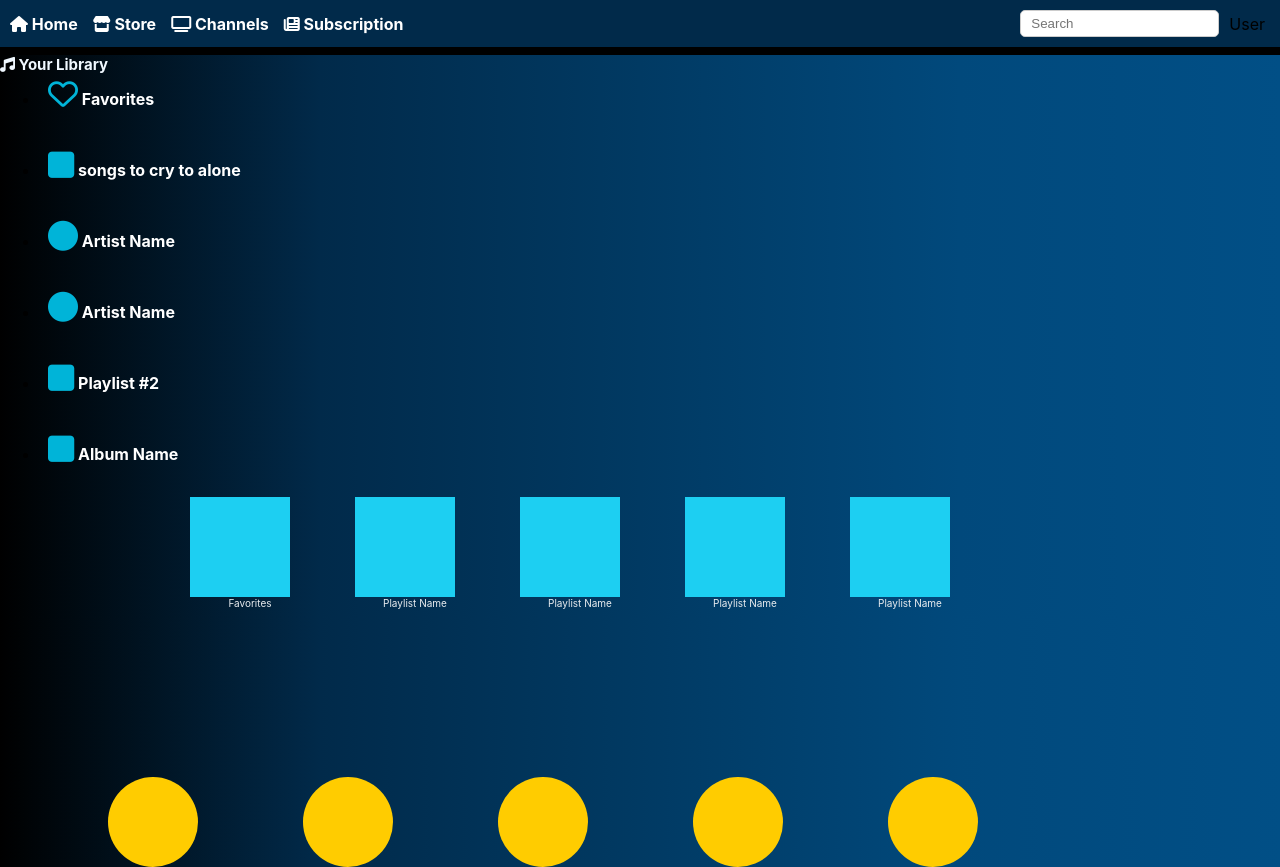
Repository: gordonnrat/group-2-project
Page: / (app in source-code/)
An editor plug-in stored every save of this project. The page is shown before and after the next save, followed by the edit.
The browser window is 1280 px wide. The pictures show the whole page.
The project was rebuilt for these pictures with package versions that can differ from the ones it lists, and the page was loaded fresh each time. Also part of the build but not shown: source-code/src/App.css, source-code/src/App.js, source-code/src/components/pages/Login.js.

Above is the page before, as saved 2023-07-29 21:30:43.

### source-code/src/index.js
import React from 'react';
import ReactDOM from 'react-dom';
import './index.css';
import reportWebVitals from './reportWebVitals';
import {
  BrowserRouter as Router,
  Routes,
  Route,
  Link
} from "react-router-dom";

import App from './App';
import Home from './components/pages/Home';
import Login from './components/pages/Login';

ReactDOM.render(
  <React.StrictMode>
    <Router>
      <Routes>
        <Route path="/" element={<Home />} />
        <Route path="/login" element={<Login />} />
        {/* Add more routes here */}
        <Route path="/group-2-project" element={<Link to="/" />} />
      </Routes>
    </Router>
  </React.StrictMode>,
  document.getElementById('root')
);

// If you want to start measuring performance in your app, pass a function
// to log results (for example: reportWebVitals(console.log))
// or send to an analytics endpoint. Learn more: https://bit.ly/CRA-vitals
reportWebVitals();

### source-code/src/index.css
body {
  margin: 0;
  font-family: -apple-system, BlinkMacSystemFont, 'Segoe UI', 'Roboto', 'Oxygen',
    'Ubuntu', 'Cantarell', 'Fira Sans', 'Droid Sans', 'Helvetica Neue',
    sans-serif;
  -webkit-font-smoothing: antialiased;
  -moz-osx-font-smoothing: grayscale;
}

code {
  font-family: source-code-pro, Menlo, Monaco, Consolas, 'Courier New',
    monospace;
}

body {
  background: linear-gradient(0.25turn,black,#012A4A, #013A63, #01497C,#014F86);


}

### source-code/src/components/pages/Home.js
// Home.js

import React from "react";
import { Link } from "react-router-dom";
import Navbar from "../Navbar";
import "./js.css";

function Home() {
  return (
    <div>
      <Navbar />
      <h1 className="top-heading">
        <i className="fas fa-music"></i> Your Library
      </h1>
      <div className="main-container">
        <div className="squares-container">
          {/* Square 1 */}
          <Link to="/favorites">
            <div className="square-container">
              <div className="text">Favorites</div>
              <div className="square square-red"></div>
            </div>
          </Link>

          {/* Square 2 */}
          <Link to="/Playlist">
            <div className="square-container">
              <div className="text">Playlist Name</div>
              <div className="square square-blue"></div>
            </div>
          </Link>

          {/* Square 3 */}
          <Link to="/Playlist">
            <div className="square-container">
              <div className="text">Playlist Name</div>
              <div className="square square-green"></div>
            </div>
          </Link>

          {/* Square 4 */}
          <Link to="/Playlist">
            <div className="square-container">
              <div className="text">Playlist Name</div>
              <div className="square square-orange"></div>
            </div>
          </Link>

          {/* Square 5 */}
          <Link to="/Playlist">
            <div className="square-container">
              <div className="text">Playlist Name</div>
              <div className="square square-purple"></div>
            </div>
          </Link>
        </div>

        <div className="circles-container">
          {/* Circle 1 */}
          <Link to="/Playlist">
            <div className="circle-container">
              <div className="circle"></div>
            </div>
          </Link>

          {/* Circle 2 */}
          <Link to="/Playlist">
            <div className="circle-container">
              <div className="circle"></div>
            </div>
          </Link>

          {/* Circle 3 */}
          <Link to="/Playlist">
            <div className="circle-container">
              <div className="circle"></div>
            </div>
          </Link>

          {/* Circle 4 */}
          <Link to="/Playlist">
            <div className="circle-container">
              <div className="circle"></div>
            </div>
          </Link>

          {/* Circle 5 */}
          <Link to="/Playlist">
            <div className="circle-container">
              <div className="circle"></div>
            </div>
          </Link>
        </div>
      </div>
    </div>
  );
}

export default Home;

### source-code/src/components/Navbar.js
import React from "react";
import { Link } from "react-router-dom";
import "./Navbar.css";
import "@fortawesome/fontawesome-free/css/all.min.css";

function Navbar() {
  return (
    <div>
      {/* Main Navbar */}
      <nav className="navbar">
        <ul className="left-nav">
          <li>
            <Link to="/">
              <i className="fas fa-home"></i> Home
            </Link>
          </li>
          <li>
            <Link to="/Store">
              <i className="fas fa-store"></i> Store
            </Link>
          </li>
          <li>
            <Link to="/Channels">
              <i className="fas fa-tv"></i> Channels
            </Link>
          </li>
          <li>
            <Link to="/Subscription">
              <i className="fas fa-newspaper"></i> Subscription
            </Link>
          </li>
        </ul>
        <div className="right-nav">
          <input type="text" placeholder="Search" />
          <div className="user-section">
            {/* Your user-related elements can go here */}
            <span>User</span>
          </div>
        </div>
      </nav>

      {/* Sidebar */}
      <aside className="sidebar">
        {/* Your sidebar content can go here */}
        <ul>
          <li>
            <Link to="/Favorites">
              <i className="far fa-heart"></i> Favorites
            </Link>
          </li>
          <li>
            <Link to="/songs to cry to alone">
              <i className="fas fa-square"></i> songs to cry to alone

            </Link>
          </li>
          {/* Add more sidebar items as needed */}

          <li>
          <Link to="/Artist Name">
              <i className="fas fa-circle"></i> Artist Name
            </Link>
            </li>


            <li>
            <Link to="/Artist Name">
              <i className="fas fa-circle"></i> Artist Name
            </Link>
            </li>

            <li>
            <Link to="/Playlist">
              <i className="fas fa-square"></i> Playlist #2
            </Link>
            </li>
            <li>
            <Link to="/Album Name">
              <i className="fas fa-square"></i> Album Name
            </Link>
            </li>













        </ul>
      </aside>
    </div>
  );
}

export default Navbar;

### source-code/src/components/pages/js.css
/* js.css */

.main-container {
  display: flex;
  flex-direction: column;
  align-items: center;
  justify-content: center;
  margin-top: 20px;
}

.squares-container {
  display: flex;
  justify-content: space-between;
  max-width: 800px;
  margin: 0 auto;
}

.square-container {
  margin-right: 65px;
  position: relative;
}

.text {
  position: absolute;
  top: 100px;
  left: 10%;
  font-size: 10px;
  color: rgb(234, 237, 240);
  transform: translateX(-50%);
}

.square {
  width: 100px;
  height: 100px;
  background-color: rgb(29, 207, 242);
  top: 300px;
  left: 30%;
  transform: translateX(-50%);
}

.top-heading {
  position: absolute;
  top: 45px;
  left: 0;
  font-size: 15px;
  color: aliceblue;
}

/* Add styles for the circles */

.circles-container {
  display: flex;
  justify-content: center;
  align-items: flex-start;
  margin-top: 20px;
}

.circle-container {
  margin-right: 195px;
  position: relative;
}

.circle {
  width: 90px;
  height: 90px;
  border-radius: 50%;
  background-color: #ffcc00; /* You can set the color for the circles */
  position: absolute;
  top: 160px; /* Adjust the vertical position of the circles below the squares */
  left: 30%; /* Horizontally center the circles */
  transform: translateX(-50%);
}

### source-code/src/components/Navbar.css

/* Navbar.css */

/* Navbar.css */

.navbar {
    background-color: #012A4A;
    padding: 10px;
    display: flex;
    justify-content: space-between;
    align-items: center;

    /* Add border line to the bottom of the navigation bar */
    border-bottom: 8px solid black; /* Replace #fff with your desired border color */
}



.left-nav {
    list-style-type: none;
    margin: 0;
    padding: 0;
    display: flex;
    align-items: center;
}

.left-nav li {
    margin-right: 15px;
}

.left-nav li:last-child {
    margin-right: 0;
}

.left-nav li a {
    text-decoration: none;
    color:white;

    font-size: 16px;
    font-weight: bold;
}

.left-nav li a:hover {
    color: white;
}

.right-nav {
    display: flex;
    align-items: center;
}

.right-nav input[type="text"] {
    padding: 5px 10px;
    border: 1px solid #ccc;
    border-radius: 5px;
    margin-right: 10px;
}

.user-section {
    display: flex;
    align-items: center;
}

.user-section span {
    margin-right: 5px;
}

.user-section img {
    width: 30px;
    height: 30px;
    border-radius: 50%;
}




  .sidebar li a {
    display: block;
    padding: 8px;
    color: white;
    text-decoration: none;
    position: relative;
  }

  .sidebar li {
    margin-bottom: 25px; /* Add space between each sidebar item */
  }

  .sidebar li a i {
    font-size: 30px;
    color: #00B4D8;
    position: relative;
    z-index: 2; /* Set z-index to place the icons in front of the border line */
  }


  .sidebar li a {
    text-decoration: none;
    color: white;
    font-size: 16px;
    font-weight: bold;
}

Loaded but not shown: source-code/public/index.html (common file); source-code/src/reportWebVitals.js (common file)

After the next save:
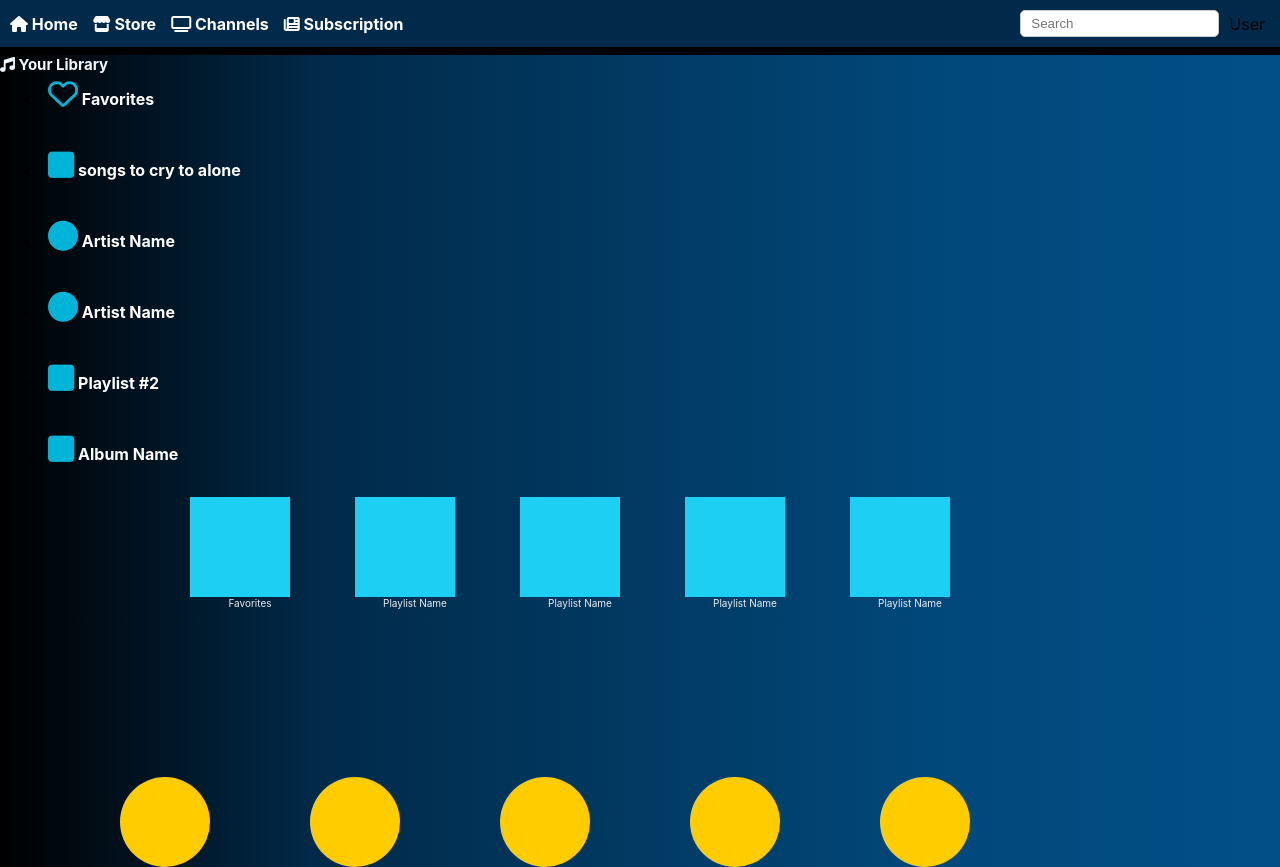
Saved 12 s later.
--- a/source-code/src/components/pages/js.css
+++ b/source-code/src/components/pages/js.css
@@ -56,7 +56,7 @@
 }
 
 .circle-container {
-  margin-right: 195px;
+  margin-right: 190px;
   position: relative;
 }
 
